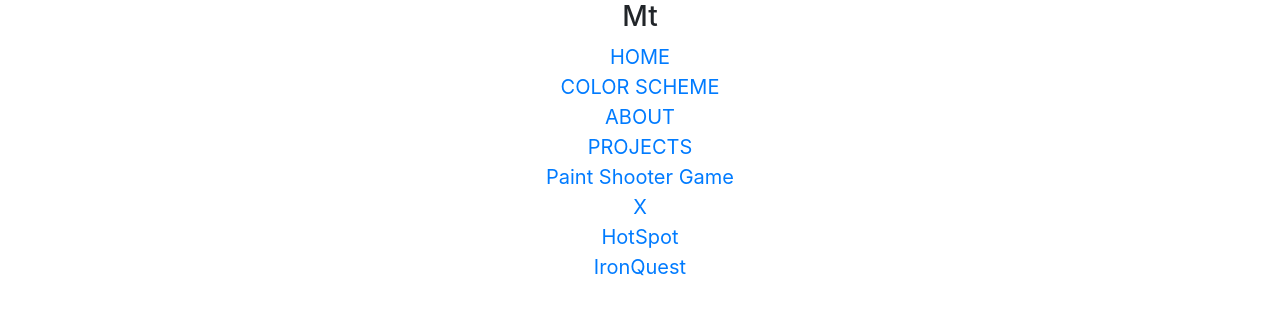
Repository: MikeTroianello/troianello.co
Page: /projects
These files come from the project's save history. The page is drawn as it stood at one moment and after the next save; the edit follows.
The browser window is 1280 px wide. The pictures show the whole page.
The project was rebuilt for these pictures with package versions that can differ from the ones it lists, and the page was loaded fresh each time. Also part of the build but not shown: src/components/locations/Home.js, src/components/locations/Colors.js, src/components/locations/About.js, src/components/locations/NotFound.js.

Above is the page before, as saved 2019-06-25 23:48:25.

### src/App.js
import React, { Component } from 'react';
import { BrowserRouter as Router, Route, Link, Switch } from 'react-router-dom';
import Header from './components/Header';
import Home from './components/locations/Home';
import Colors from './components/locations/Colors';
import About from './components/locations/About';
import Projects from './components/locations/Projects';
import NotFound from './components/locations/NotFound';
import './App.css';

class App extends Component {
  render() {
    return (
      <div className='App'>
        <Router>
          <Header />
          <div>
            <Switch>
              <Route exact path='/' component={Home} />
              <Route exact path='/colors' component={Colors} />
              <Route exact path='/about' component={About} />
              <Route exact path='/projects' component={Projects} />
              <Route component={NotFound} />
            </Switch>
          </div>
        </Router>
      </div>
    );
  }
}

export default App;

### src/components/Header.js
import React, { Component } from 'react';
import { BrowserRouter as Router, Route, Link, Switch } from 'react-router-dom';

export default class Header extends Component {
  render() {
    return (
      <div className='Header'>
        <h3 className='logo'>Mt</h3>
        <div>
          <Link to='/'>HOME</Link>
        </div>
        <div>
          <Link to='/colors'>COLOR SCHEME</Link>
        </div>
        <div>
          <Link to='/about'>ABOUT</Link>
        </div>
        <div>
          <Link to='/projects'>PROJECTS</Link>
        </div>
      </div>
    );
  }
}

### src/components/locations/Projects.js
import React from 'react';

export default function Projects() {
  return (
    <div>
      <div>
        <a
          href='​https://miketroianello.github.io/Paint/paint.html'
          target='_blank'
          rel='noopener noreferrer'
        >
          Paint Shooter Game
        </a>
        <div>
          <a target='_blank' href='https://kingdomofloathing.com'>
            X
          </a>
        </div>
      </div>
      <div>
        <a
          href='https://hotspot-map.herokuapp.com'
          target='_blank'
          rel='noopener noreferrer'
        >
          HotSpot
        </a>
      </div>
      <div>
        <a
          href='​https://hotspot-map.herokuapp.com'
          target='_blank'
          rel='noopener noreferrer'
        >
          <a
            href='https://hotspot-map.herokuapp.com'
            target='_blank'
            rel='noopener noreferrer'
          />
          IronQuest
        </a>
      </div>
    </div>
  );
}

### src/App.css
.App {
  text-align: center;
}

.App-logo {
  animation: App-logo-spin infinite 20s linear;
  height: 40vmin;
  pointer-events: none;
}

.App-header {
  background-color: #282c34;
  min-height: 100vh;
  display: flex;
  flex-direction: column;
  align-items: center;
  justify-content: center;
  font-size: calc(10px + 2vmin);
  color: white;
}

.App-link {
  color: #61dafb;
}

@keyframes App-logo-spin {
  from {
    transform: rotate(0deg);
  }
  to {
    transform: rotate(360deg);
  }
}
/*
.teams {
  height: 100%;
  width: 80%;
  padding: 5% 10%;
} */

/* .teams > div {
  height: 100%;
  width: 80%;
  padding: 5% 10%;
} */

div {
  font-size: 20px;
}

.container-fluid {
  height: 500px;
}
.row {
  height: 500px;
}

.s-blue {
  background-color: #002145;
}

.s-gray {
  background-color: #a5acaf;
}

.s-green {
  background-color: #66c010;
}

.d-aqua {
  background-color: #0091a0;
}
.d-orange {
  background-color: #ff8500;
}
.d-dark-blue {
  background-color: #002760;
}

.c-blue {
  background-color: #0c264c;
}

.c-gray {
  background-color: #b0b7bc;
}

.c-white {
  background-color: #ffffff;
  color: #000000;
}

.g-blue {
  background-color: #192e6c;
}

.g-red {
  background-color: #b20032;
}

.header {
  display: flex;
}

.header > div {
  justify-content: flex-end;
}

Loaded but not shown: public/index.html (common file); src/index.js (common file); src/index.css (common file); src/serviceWorker.js (common file)

After the next save:
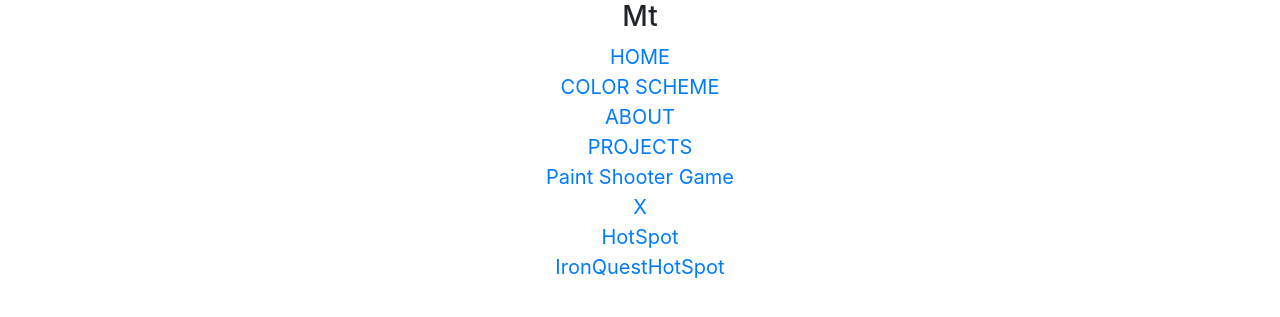
Saved 16 s later.
--- a/src/components/locations/Projects.js
+++ b/src/components/locations/Projects.js
@@ -28,16 +28,18 @@
       </div>
       <div>
         <a
-          href='​https://hotspot-map.herokuapp.com'
+          href='​https://ironquest.herokuapp.com'
           target='_blank'
           rel='noopener noreferrer'
         >
-          <a
-            href='https://hotspot-map.herokuapp.com'
-            target='_blank'
-            rel='noopener noreferrer'
-          />
           IronQuest
+        </a>
+        <a
+          href='https://hotspot-map.herokuapp.com'
+          target='_blank'
+          rel='noopener noreferrer'
+        >
+          HotSpot
         </a>
       </div>
     </div>

After the 4 saves that followed:
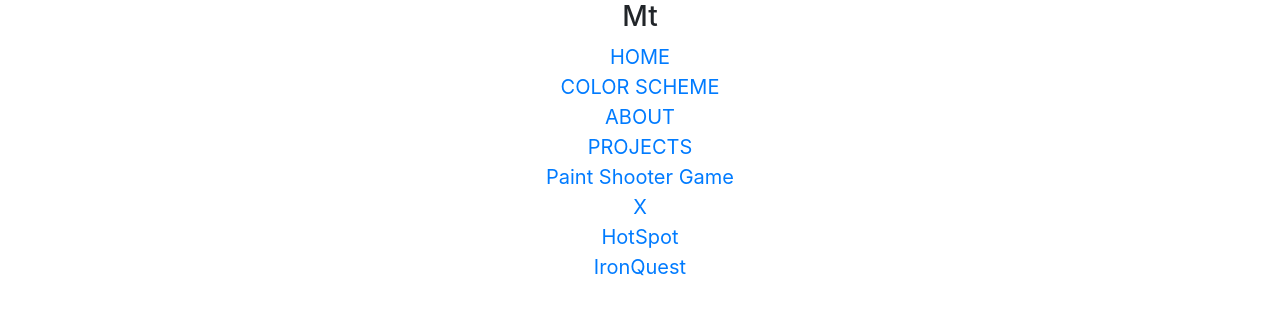
The 4 saves are shown as one change because 3 left the picture as it was.
The last was saved 89 s later.
--- a/src/components/locations/Projects.js
+++ b/src/components/locations/Projects.js
@@ -28,19 +28,12 @@
       </div>
       <div>
         <a
-          href='​https://ironquest.herokuapp.com'
+          href='https://ironquest.herokuapp.com'
           target='_blank'
           rel='noopener noreferrer'
         >
           IronQuest
         </a>
-        <a
-          href='https://hotspot-map.herokuapp.com'
-          target='_blank'
-          rel='noopener noreferrer'
-        >
-          HotSpot
-        </a>
       </div>
     </div>
   );
